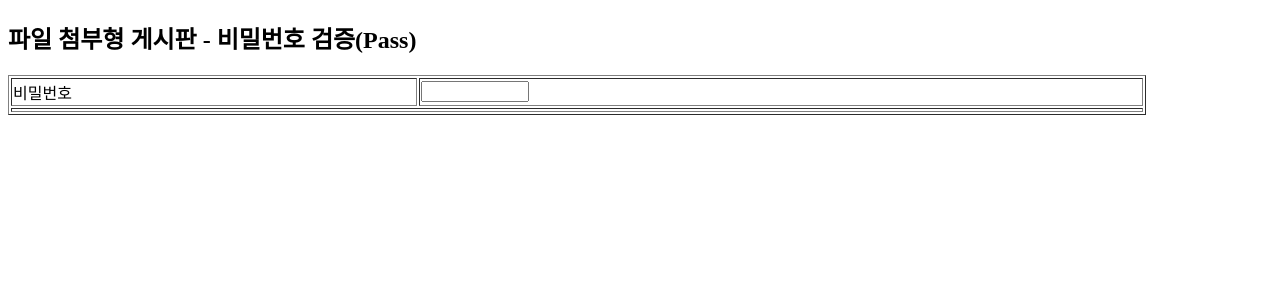
Repository: Suminmer/JSP-practice
Page: http://localhost/MustHaveJSP/mvcboard/pass.do
An editor plug-in stored every save of this project. The page is shown before and after the next save, followed by the edit.
The browser window is 1280 px wide. The pictures show the whole page.
The page is served by Tomcat 9. Other server files are loaded and not shown.

Above is the page before, as saved 2022-04-29 09:10:32.

### MustHaveJSP/src/main/webapp/14MVCBoard/Pass.jsp
<%@ page language="java" contentType="text/html; charset=UTF-8"
    pageEncoding="UTF-8"%>
<%@ taglib prefix="c" uri="http://java.sun.com/jsp/jstl/core"%>
<!DOCTYPE html>
<html>
<head>
<meta charset="UTF-8">
<title>파일 첨부형 게시판</title>
<script type="text/javascript">
	function validateForm(form) {
		if (form.pass.value == "") {
			alert("비밀번호를 입력하세요.");
			form.pass.focus();
			return false;
		}
	}
</script>
</head>
<body>
<h2>파일 첨부형 게시판 - 비밀번호 검증(Pass)</h2>
<form name="writeFrm" method="post" action="../mvcboard/pass.do" onsubmit="return validateForm(this);">
<input type="hidden" name="idx" value="${param.idx}"/>
<input type="hidden" name="mode" value="${param.mode}"/>
<table border="1" width="90%">
	<tr>
		<td>비밀번호</td>
		<td>
			<input type="password" name="pass" style="width: 100px;"/>
		</td>
	</tr>
	<tr>
		<td colspan="2" align="center">

		</td>
	</tr>
</table>
</form>
</body>
</html>

### MustHaveJSP/src/main/java/model2/mvcboard/PassController.java
package model2.mvcboard;

import java.io.IOException;

import javax.servlet.ServletException;
import javax.servlet.annotation.WebServlet;
import javax.servlet.http.HttpServlet;
import javax.servlet.http.HttpServletRequest;
import javax.servlet.http.HttpServletResponse;

@WebServlet("/mvcboard/pass.do")
public class PassController extends HttpServlet {
	@Override
	protected void doGet(HttpServletRequest req, HttpServletResponse resp)
			throws ServletException, IOException {
		req.setAttribute("mode", req.getParameter("mode"));
		req.getRequestDispatcher("/14MVCBoard/Pass.jsp").forward(req, resp);
	}
}

After the next save:
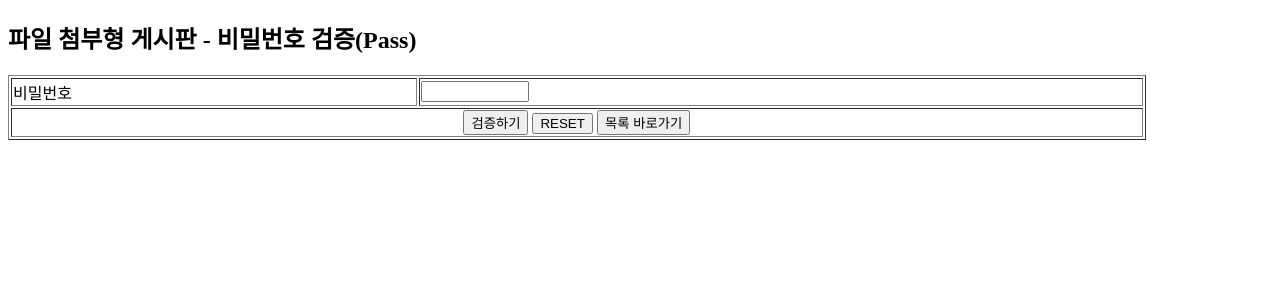
Saved 55 s later.
--- a/MustHaveJSP/src/main/webapp/14MVCBoard/Pass.jsp
+++ b/MustHaveJSP/src/main/webapp/14MVCBoard/Pass.jsp
@@ -30,7 +30,9 @@
 	</tr>
 	<tr>
 		<td colspan="2" align="center">
-
+			<button type="submit">검증하기</button>
+			<button type="reset">RESET</button>
+			<button type="button" onclick="location.href='../mvcboard/list.do';">목록 바로가기</button>
 		</td>
 	</tr>
 </table>
